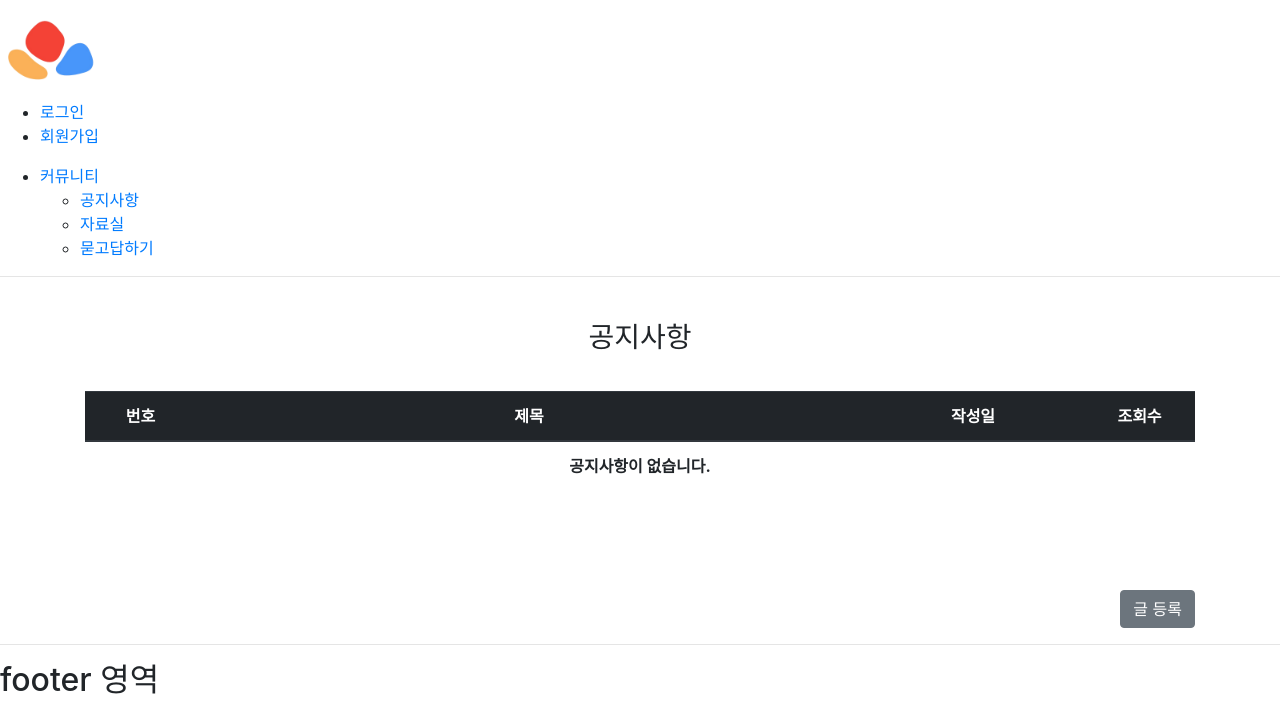
Repository: rnjsmj/pro01
Page: http://localhost/pro01/qna/noticeList.jsp
The author's editor kept a copy of each file at every save. The page is drawn from the files as they stood at one save, then again after the next save.
The browser window is 1280 px wide. The pictures show the whole page.
The page is served by Tomcat 9. Nobody is signed in. The application's start-up code is not run. The template is opened directly, without the code that normally fills it, so the values that code supplies are empty.

Above is the page before, as saved 2024-04-05 08:29:39.

After the next save:
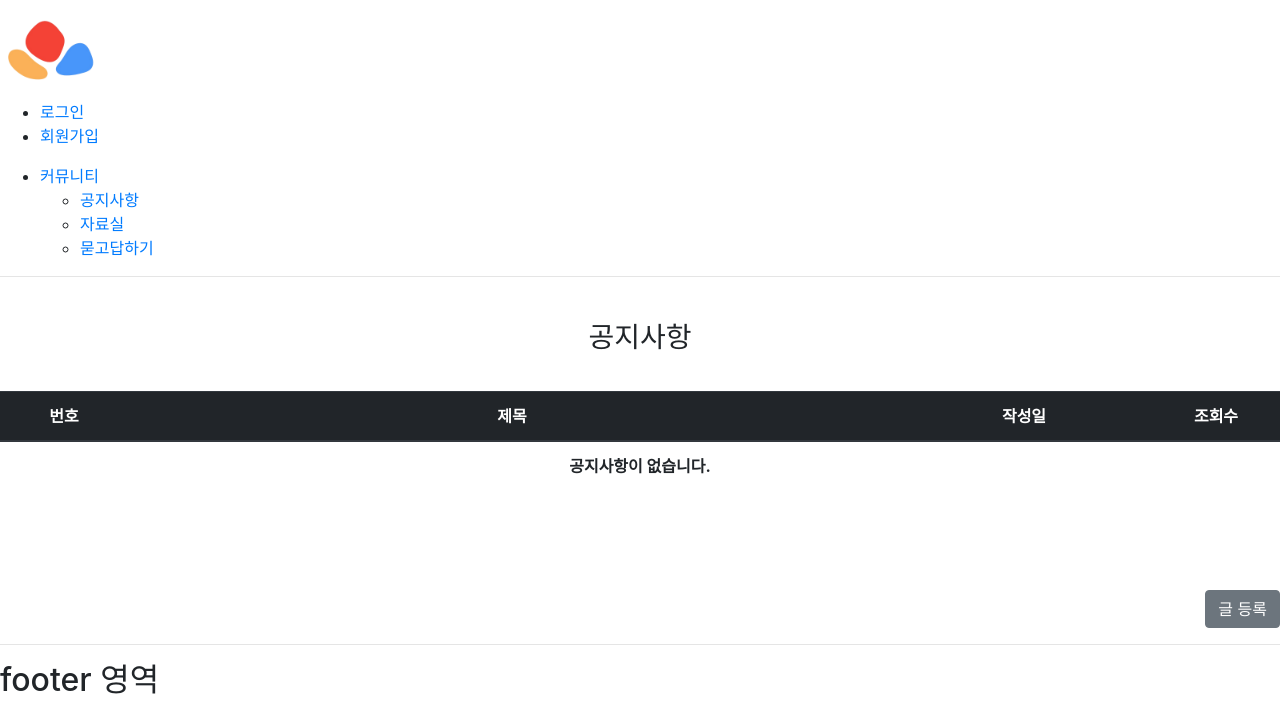
Saved 15 s later.
--- a/pro01/WebContent/qna/noticeList.jsp
+++ b/pro01/WebContent/qna/noticeList.jsp
@@ -25,7 +25,7 @@
 <div id="header">
 	<%@ include file="/header.jsp" %>
 </div>
-<div id="contents" class="container">
+<div id="contents" >
 	<section>
 		<div>
 			<h3 class="title">공지사항</h3>
